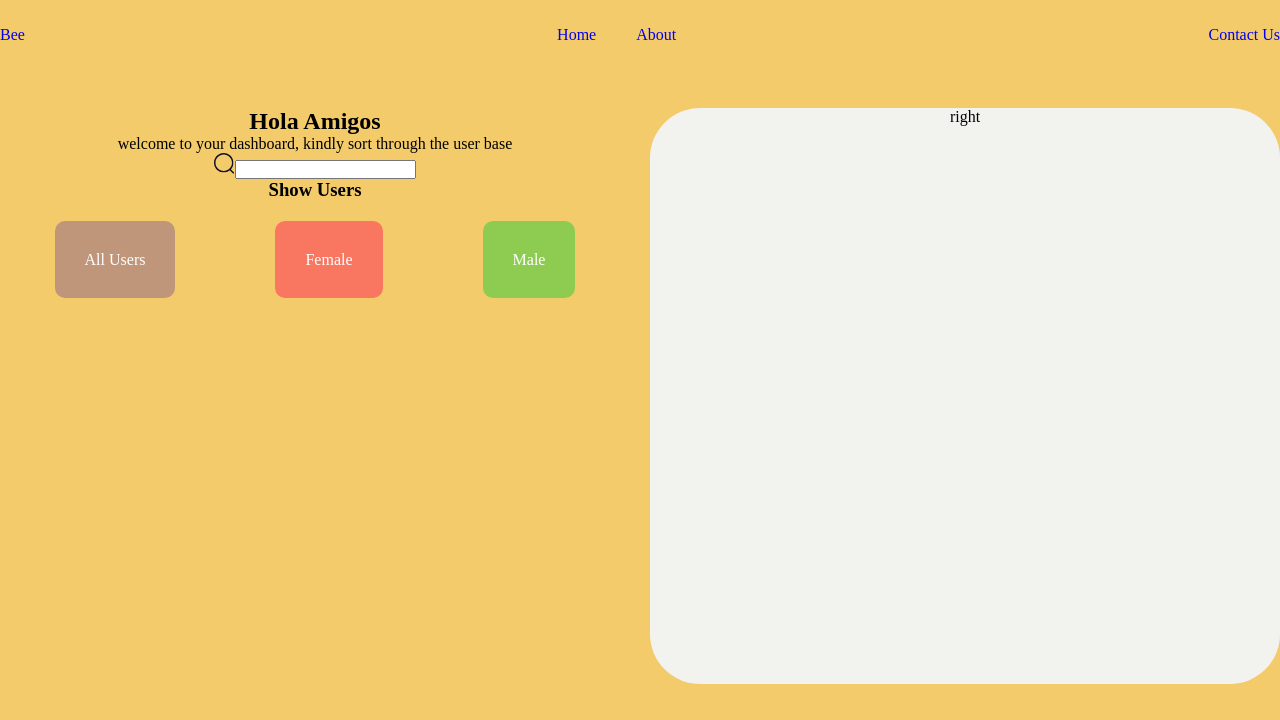
Repository: ble-syn/Random-user-generator-app
Page: /
The author's editor kept a copy of each file at every save. The page is drawn from the files as they stood at one save, then again after the next save.
The browser window is 1280 px wide. The pictures show the whole page.
The project was rebuilt for these pictures with package versions that can differ from the ones it lists, and the page was loaded fresh each time. Also part of the build but not shown: src/pages/About.jsx, src/pages/Policy.jsx, src/pages/Terms.jsx, src/pages/Contact.jsx, src/pages/NotFound.jsx.

Above is the page before, as saved 2022-10-26 01:04:27.

After the next save:
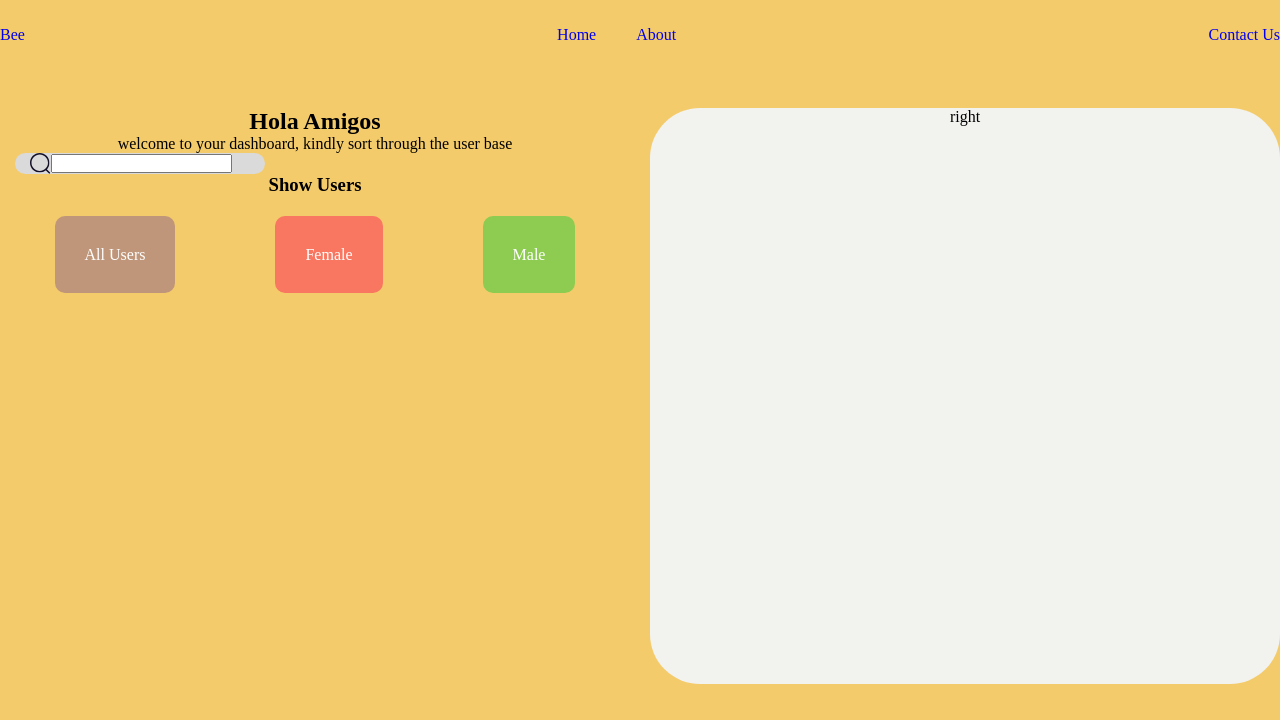
Saved 44 s later.
--- a/src/index.css
+++ b/src/index.css
@@ -35,6 +35,30 @@ nav {
 #left {
   flex: 5;
 }
+  .search-input {
+    width: 250px;
+    background-color: #dadada;
+    border-radius: 12px;
+    border: none;
+    margin-left: 15px;
+    display: flex;
+    place-items: center;
+    padding-left: 15px;
+  }
+  .input {
+    border: none;
+    border-radius: 12px;
+    background-color: inherit;
+    width: 100%;
+    padding: 15px 15px 15px 10px;
+    font-weight: 300;
+  }
+  .input:focus {
+    outline: none;
+  }
+  .input::placeholder {
+    color: #171717;
+  }
 .user-link-cont {
   margin-top: 50px;
 }
